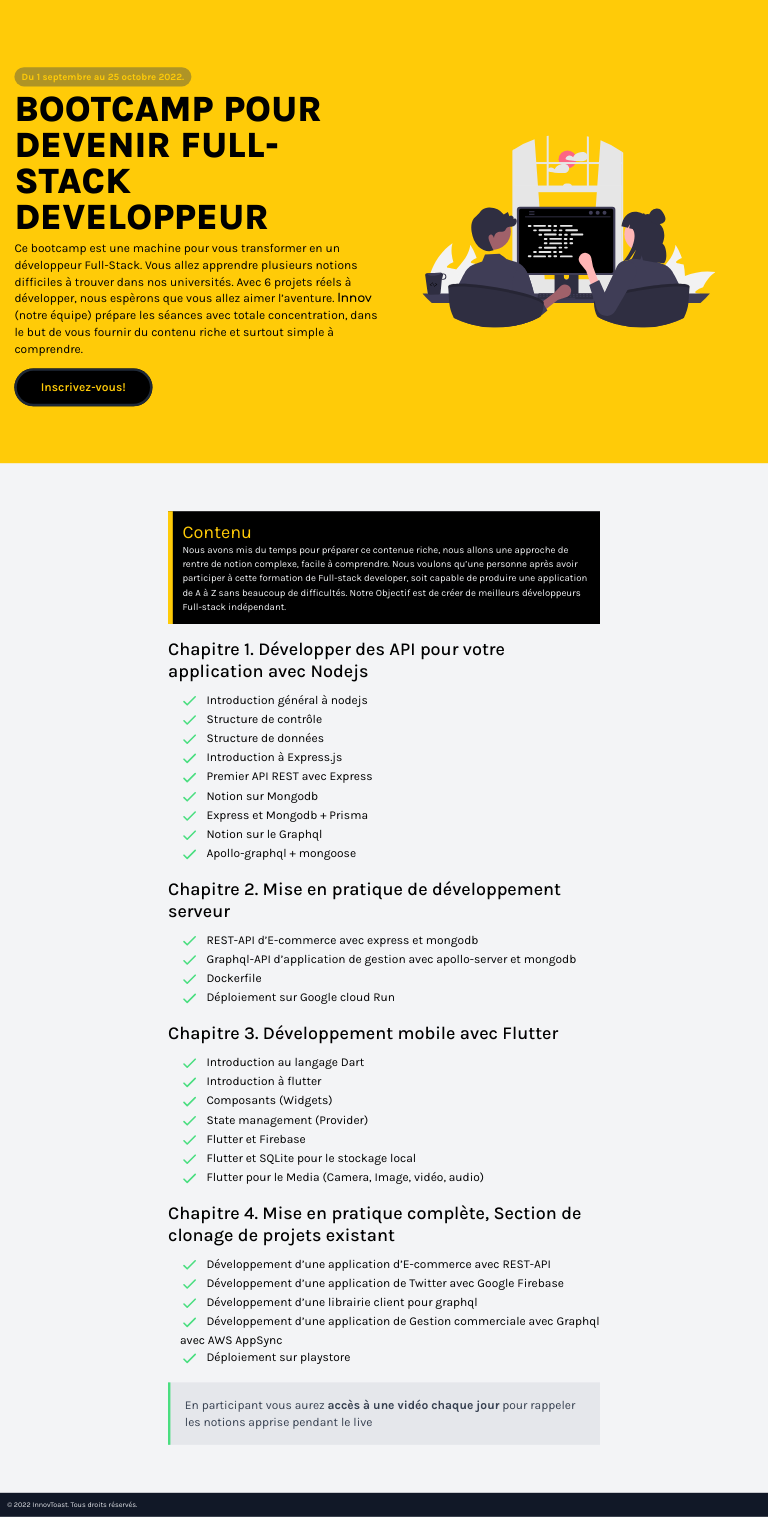
Repository: alfredlwanzo/course
Page: /
The author's editor kept a copy of each file at every save. The page is drawn from the files as they stood at one save, then again after the next save.
The browser window is 1280 px wide. The pictures show the whole page, at 60% of full size.
The project was rebuilt for these pictures with package versions that can differ from the ones it lists, and the page was loaded fresh each time. The framework's server and built-in components were replaced by stand-ins that run in the browser. Also part of the build but not shown: next.config.js.

Above is the page before, as saved 2022-08-09 12:20:49.

### pages/_app.tsx
import '../src/styles/globals.css'
import type { AppProps } from 'next/app'

function MyApp({ Component, pageProps }: AppProps) {
  return <Component {...pageProps} />
}

export default MyApp

### pages/_document.tsx
import NextDocument, { Html, Head, Main, NextScript } from "next/document";

type Props = {};

class MyDocument extends NextDocument<Props> {
  render() {
    return (
      <Html>
        <Head>
          <link rel="manifest" href="/manifest.json" />
          <link rel="apple-touch-icon" href="/icon.png"></link>
          <meta name="theme-color" content="#FFCB08" />
          <link rel="icon" href="/favicon.ico" />
        </Head>
        <body>
          <Main />
          <NextScript />
        </body>
      </Html>
    );
  }
}

export default MyDocument;

### pages/index.tsx
import Footer from '@src/components/Footers/Footer'
import ContentSection from '@src/components/sections/Content'
import HomeSection from '@src/components/sections/Home'
import type { NextPage } from 'next'
import Head from 'next/head'
import Image from 'next/image'


const Home: NextPage = () => {
  return (
    <div className="">
      <Head>
        <title>Innov | Bootcamp pour devenir fullStack developpeur</title>
        <meta name="description" content="Generated by create next app" />
        <link rel="icon" href="/favicon.ico" />
      </Head>

      <main className="">
       <section className="bg-primary pt-28 pb-14 md:pb-28">
        {/* section Home */}
        <HomeSection/>
       </section>

       {/* section content */}
       <section className="py-6 md:py-20">
        <ContentSection/>
       </section>
      </main>

      <Footer/>
    </div>
  )
}

export default Home

### src/styles/globals.css

/* Fonts: Comfortaa & Karla */
@import url('https://fonts.googleapis.com/css2?family=Comfortaa:wght@300;400;500;600;700&display=swap');
@import url('https://fonts.googleapis.com/css2?family=Karla:ital,wght@0,200;0,300;0,400;0,500;0,600;0,700;0,800;1,200;1,300;1,400;1,500;1,600;1,700;1,800&display=swap');

/* tailwind */
@tailwind base;
@tailwind components;
@tailwind utilities;


html,
body {
  padding: 0;
  margin: 0;
  @apply bg-gray-100;
  font-family: 'Karla', sans-serif;
}

a {
  color: inherit;
  text-decoration: none;
}

* {
  box-sizing: border-box;
}

### src/components/Footers/Footer.tsx
import React from 'react'
import Copyright from './Copyright'


const Footer = () => {
  return (
    <div className='bg-gray-900'>
        <Copyright/>
    </div>
  )
}

export default Footer

### src/components/sections/Content.tsx
import React from "react";
import { CheckIcon } from "@heroicons/react/outline";

const ContentSection = () => {
  return (
    <article className="max-w-3xl mx-auto px-3 sm:px-6">
      <blockquote className="bg-black border-l-8 border-l-primary text-gray-100 p-4">
        <h6 className="text-primary text-3xl">Contenu</h6>
        Nous avons mis du temps pour préparer ce contenue riche, nous allons une approche de rentre de notion complexe, facile à comprendre. Nous voulons qu’une personne après avoir participer à cette formation de Full-stack developer, soit capable de produire une application de A à Z sans beaucoup de difficultés. Notre Objectif est de créer de meilleurs développeurs Full-stack indépendant.
      </blockquote>
      {/* Chapter 1 */}
      <div className="mt-6">
        <h2 className="text-3xl font-medium">
          Chapitre 1. Développer des API pour votre application avec Nodejs
        </h2>
        <ul className="list-inside pl-5 mt-4">
          <li className="text-xl ">
            <CheckIcon className="inline-block h-8 w-8 mr-3 text-green-400" />
            Introduction général à nodejs
          </li>
          <li className="text-xl ">
            <CheckIcon className="inline-block h-8 w-8 mr-3 text-green-400" />
            Structure de contrôle
          </li>
          <li className="text-xl ">
            <CheckIcon className="inline-block h-8 w-8 mr-3 text-green-400" />
            Structure de données
          </li>
          <li className="text-xl ">
            <CheckIcon className="inline-block h-8 w-8 mr-3 text-green-400" />
            Introduction à Express.js
          </li>
          <li className="text-xl ">
            <CheckIcon className="inline-block h-8 w-8 mr-3 text-green-400" />
            Premier API REST avec Express
          </li>
          <li className="text-xl ">
            <CheckIcon className="inline-block h-8 w-8 mr-3 text-green-400" />
            Notion sur Mongodb
          </li>
          <li className="text-xl ">
            <CheckIcon className="inline-block h-8 w-8 mr-3 text-green-400" />
            Express et Mongodb + Prisma
          </li>
          <li className="text-xl ">
            <CheckIcon className="inline-block h-8 w-8 mr-3 text-green-400" />
            Notion sur le Graphql
          </li>
          <li className="text-xl ">
            <CheckIcon className="inline-block h-8 w-8 mr-3 text-green-400" />
            Apollo-graphql + mongoose
          </li>
        </ul>
      </div>
      {/* Chapitre 2 */}
      <div className="mt-6">
        <h2 className="text-3xl font-medium">
          Chapitre 2. Mise en pratique de développement serveur
        </h2>
        <ul className="list-inside pl-5 mt-4 ">
          <li className="text-xl ">
            <CheckIcon className="inline-block h-8 w-8 mr-3 text-green-400" />
            REST-API d’E-commerce avec express et mongodb
          </li>
          <li className="text-xl ">
            <CheckIcon className="inline-block h-8 w-8 mr-3 text-green-400" />
            Graphql-API d’application de gestion avec apollo-server et mongodb
          </li>
          <li className="text-xl ">
            <CheckIcon className="inline-block h-8 w-8 mr-3 text-green-400" />
            Dockerfile
          </li>
          <li className="text-xl ">
            <CheckIcon className="inline-block h-8 w-8 mr-3 text-green-400" />
            Déploiement sur Google cloud Run
          </li>
        </ul>
      </div>
      {/* Chapitre 3 */}
      <div className="mt-6">
        <h2 className="text-3xl font-medium">
          Chapitre 3. Développement mobile avec Flutter
        </h2>
        <ul className="list-inside pl-5 mt-4 ">
          <li className="text-xl ">
            <CheckIcon className="inline-block h-8 w-8 mr-3 text-green-400" />
            Introduction au langage Dart
          </li>
          <li className="text-xl ">
            <CheckIcon className="inline-block h-8 w-8 mr-3 text-green-400" />
            Introduction à flutter
          </li>
          <li className="text-xl ">
            <CheckIcon className="inline-block h-8 w-8 mr-3 text-green-400" />
            Composants (Widgets)
          </li>
          <li className="text-xl ">
            <CheckIcon className="inline-block h-8 w-8 mr-3 text-green-400" />
            State management (Provider)
          </li>
          <li className="text-xl ">
            <CheckIcon className="inline-block h-8 w-8 mr-3 text-green-400" />
            Flutter et Firebase
          </li>
          <li className="text-xl ">
            <CheckIcon className="inline-block h-8 w-8 mr-3 text-green-400" />
            Flutter et SQLite pour le stockage local
          </li>
          <li className="text-xl ">
            <CheckIcon className="inline-block h-8 w-8 mr-3 text-green-400" />
            Flutter pour le Media (Camera, Image, vidéo, audio)
          </li>
        </ul>
      </div>
       {/* Chapitre 4 */}
       <div className="mt-6">
        <h2 className="text-3xl font-medium">
          Chapitre 4. Mise en pratique complète, Section de clonage de projets existant
        </h2>
        <ul className="list-inside pl-5 mt-4 ">
          <li className="text-xl ">
            <CheckIcon className="inline-block h-8 w-8 mr-3 text-green-400" />
            Développement d’une application d’E-commerce avec REST-API
          </li>
          <li className="text-xl ">
            <CheckIcon className="inline-block h-8 w-8 mr-3 text-green-400" />
            Développement d’une application de Twitter avec Google Firebase
          </li>
          <li className="text-xl ">
            <CheckIcon className="inline-block h-8 w-8 mr-3 text-green-400" />
            Développement d’une librairie client pour graphql
          </li>
          <li className="text-xl ">
            <CheckIcon className="inline-block h-8 w-8 mr-3 text-green-400" />
            Développement d’une application de Gestion commerciale avec Graphql avec AWS AppSync
          </li>
          <li className="text-xl ">
            <CheckIcon className="inline-block h-8 w-8 mr-3 text-green-400" />
            Déploiement sur playstore
          </li>
        </ul>
      </div>
      <blockquote className="border-l-4 border-l-green-400 p-6 mt-6 bg-gray-200 text-xl text-gray-700">
        En participant vous aurez <span className="font-bold">accès à une vidéo chaque jour</span> pour rappeler les notions apprise pendant le live
      </blockquote>
    </article>
  );
};

export default ContentSection;

### src/components/sections/Home.tsx
import React from "react";
import SubscribeButton from "../buttons/SubscribeButton";
import PairProgramming from "../icons/PairProgramming";

const HomeSection = () => {
  return (
    <div className="max-w-7xl mx-auto px-3 sm:px-6">
      <div className="grid md:grid-cols-2 gap-10 lg:gap-0">
        <div>
          <div className="bg-gray-700 bg-opacity-40 w-max py-1 px-3 rounded-full">
            <h6 className="font-bold text-primary">
              Du 1 septembre au 25 octobre 2022.
            </h6>
          </div>
          <h1 className="text-5xl md:text-6xl font-extrabold uppercase mt-2">
            Bootcamp pour devenir full-stack developpeur
          </h1>
          <p className="text-xl mt-2">
            Ce bootcamp est une machine pour vous transformer en un développeur
            Full-Stack. Vous allez apprendre plusieurs notions difficiles à
            trouver dans nos universités. Avec 6 projets réels à développer,
            nous espèrons que vous allez aimer l’aventure.{" "}
            <span className="font-comfortaa font-bold">Innov</span> (notre
            équipe) prépare les séances avec totale concentration, dans le but
            de vous fournir du contenu riche et surtout simple à comprendre.
          </p>
          <div className="hidden md:block mt-9">
            <SubscribeButton />
          </div>
        </div>
        <div className="flex flex-col items-center justify-center">
          <PairProgramming className="w-auto h-52 md:h-80 -bottom-10" />
          <div className="block md:hidden mt-12">
            <SubscribeButton />
          </div>
        </div>
      </div>
    </div>
  );
};

export default HomeSection;

### src/components/Footers/Copyright.tsx
import React from 'react'

const Copyright = () => {
  return (
    <div className='max-w-7xl mx-auto px-3 sm:px-6" py-3 text-gray-200 '>
        <p className='text-xs'>© 2022 InnovToast. Tous droits réservés.</p>
    </div>
  )
}

export default Copyright

### src/components/buttons/SubscribeButton.tsx
import React from "react";

const SubscribeButton = () => {
  return (
    <a
      href="https://wa.me/+243978154329"
      target="_blank"
      rel="noreferrer"
      className="bg-black text-primary py-4 px-10 text-xl font-semibold rounded-full border-4 border-gray-800 hover:bg-opacity-95 hover:border-gray-900"
    >
      Inscrivez-vous!
    </a>
  );
};

export default SubscribeButton;

Loaded but not shown: tailwind.config.js (18 lines, source omitted); src/components/icons/PairProgramming.tsx (865 lines, source omitted)

After the next save:
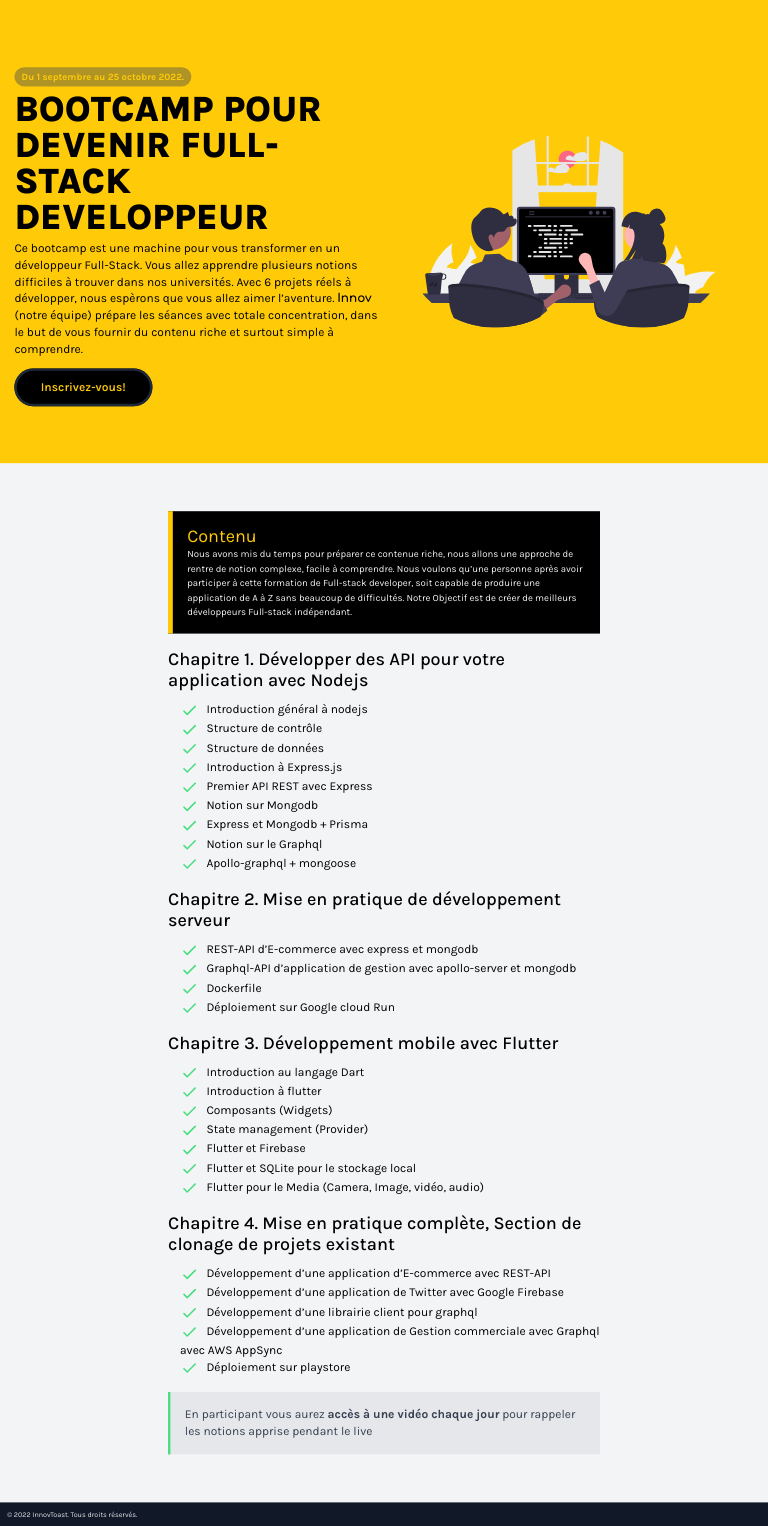
Saved 8 s later.
--- a/src/components/sections/Content.tsx
+++ b/src/components/sections/Content.tsx
@@ -4,7 +4,7 @@
 const ContentSection = () => {
   return (
     <article className="max-w-3xl mx-auto px-3 sm:px-6">
-      <blockquote className="bg-black border-l-8 border-l-primary text-gray-100 p-4">
+      <blockquote className="bg-black border-l-8 border-l-primary text-gray-100 p-6">
         <h6 className="text-primary text-3xl">Contenu</h6>
         Nous avons mis du temps pour préparer ce contenue riche, nous allons une approche de rentre de notion complexe, facile à comprendre. Nous voulons qu’une personne après avoir participer à cette formation de Full-stack developer, soit capable de produire une application de A à Z sans beaucoup de difficultés. Notre Objectif est de créer de meilleurs développeurs Full-stack indépendant.
       </blockquote>
